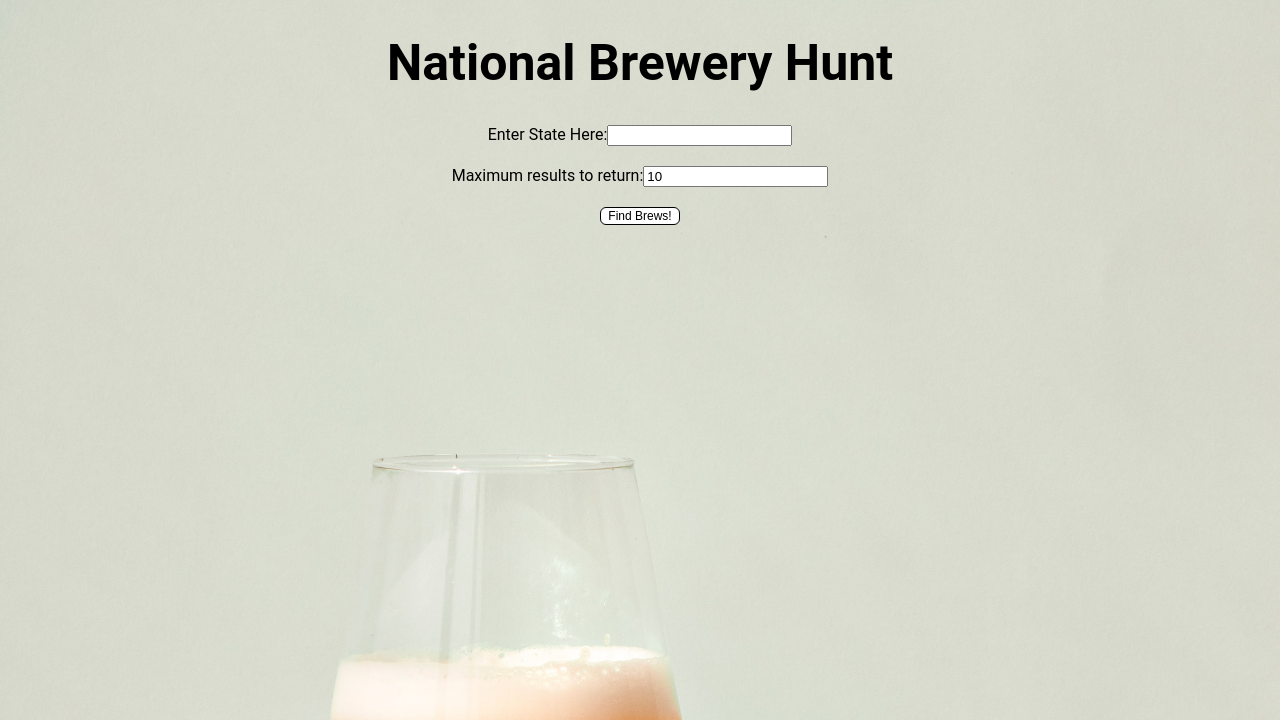
Repository: kaitlynMidori/searchBrews
Page: index.html
An editor plug-in stored every save of this project. The page is shown before and after the next save, followed by the edit.
The browser window is 1280 px wide. The pictures show the whole page.

Above is the page before, as saved 2021-04-24 11:29:57.

After the next save:
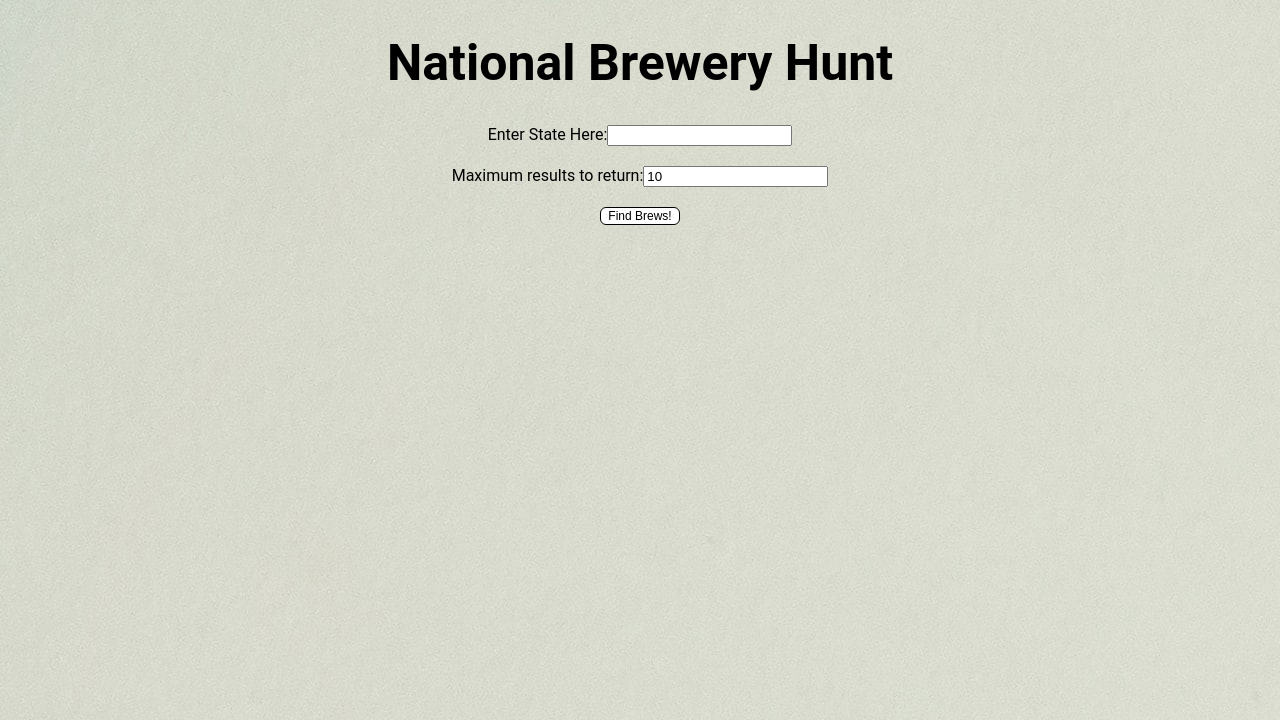
Saved 59 s later.
--- a/style.css
+++ b/style.css
@@ -6,7 +6,7 @@
     background: cover;
     background-image: url("screenshots/beer.jpg");
     background-repeat: no-repeat;
-    background-size: cover;
+    /* background-size: cover; */
     background-color: black;
 }
 

After the save that followed:
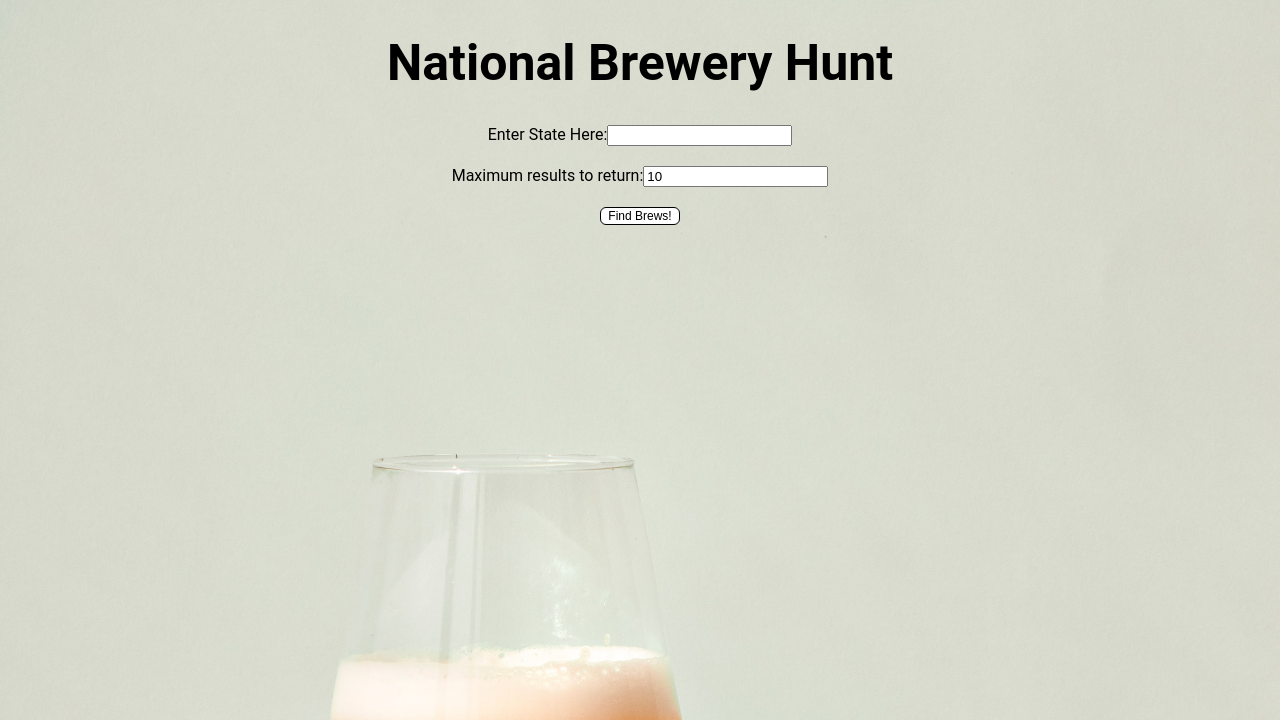
Saved 13 s later.
--- a/style.css
+++ b/style.css
@@ -3,10 +3,10 @@
     font-family: "Roboto", sans-serif;
     color: black;
     margin: 0;
-    background: cover;
+    /* background: cover; */
     background-image: url("screenshots/beer.jpg");
     background-repeat: no-repeat;
-    /* background-size: cover; */
+    background-size: cover;
     background-color: black;
 }
 
